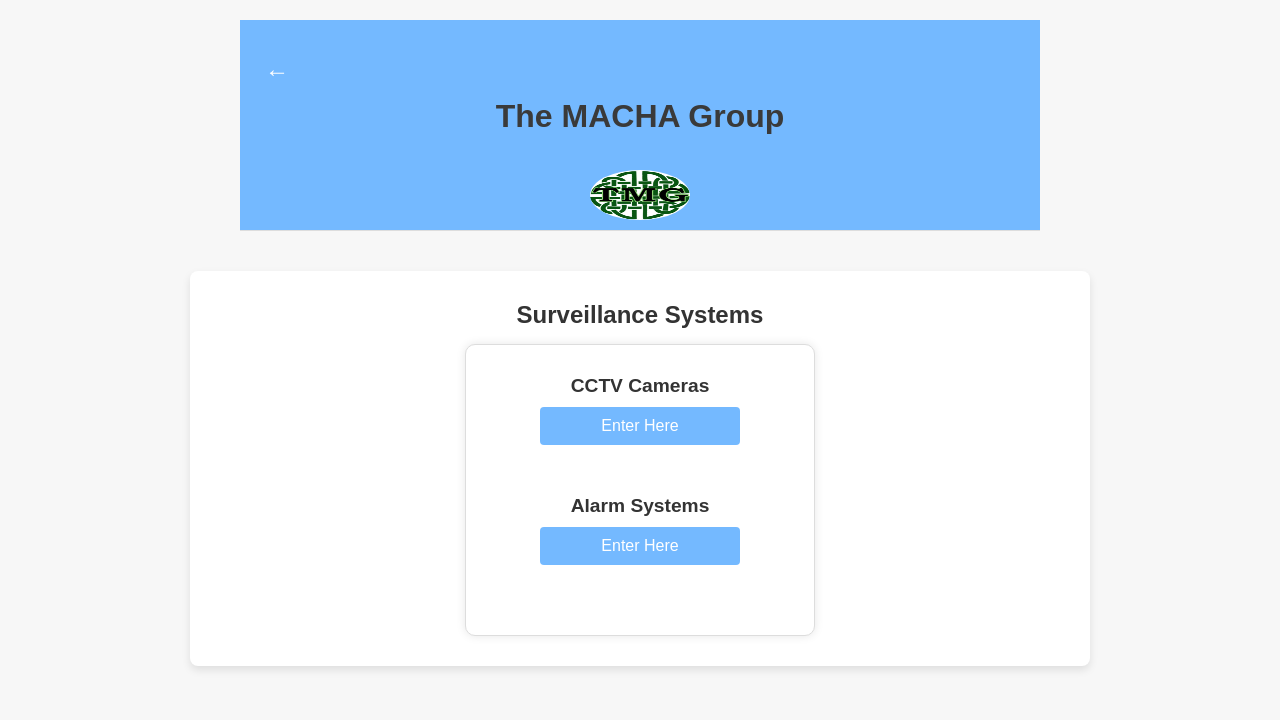
Repository: MachaGroup/MachaGroupIntegration
Page: /Surveillance
An editor plug-in stored every save of this project. The page is shown before and after the next save, followed by the edit.
The browser window is 1280 px wide. The pictures show the whole page.
The project was rebuilt for these pictures with package versions that can differ from the ones it lists, and the page was loaded fresh each time. Also part of the build but not shown: src/Screens/Login.js, src/Screens/FormInputPage.js, src/Screens/MainScreen.js, src/Screens/AboutUs.js, src/Screens/FAQ.js, src/firebaseConfig.js, src/Screens/ContactUs.js, src/Screens/Settings.js and 301 more.

Above is the page before, as saved 2024-12-02 16:39:06.

### public/index.html
<!DOCTYPE html>
<html lang="en">
  <head>
    <meta charset="utf-8" />
    <link rel="icon" href="%PUBLIC_URL%/MachaLogo.png" />
    <meta name="viewport" content="width=device-width, initial-scale=1" />
    <meta name="theme-color" content="#000000" />
    <meta
      name="description"
      content="Web site created using create-react-app"
    />
    <link rel="apple-touch-icon" href="%PUBLIC_URL%/logo192.png" />
    <!--
      manifest.json provides metadata used when your web app is installed on a
      user's mobile device or desktop. See https://developers.google.com/web/fundamentals/web-app-manifest/
    -->
    <link rel="manifest" href="%PUBLIC_URL%/manifest.json" />
    <!--
      Notice the use of %PUBLIC_URL% in the tags above.
      It will be replaced with the URL of the `public` folder during the build.
      Only files inside the `public` folder can be referenced from the HTML.

      Unlike "/favicon.ico" or "favicon.ico", "%PUBLIC_URL%/favicon.ico" will
      work correctly both with client-side routing and a non-root public URL.
      Learn how to configure a non-root public URL by running `npm run build`.
    -->
    <title>Macha Group Web App</title>
  </head>
  <body>
    <noscript>You need to enable JavaScript to run this app.</noscript>
    <div id="root"></div>
    <!--
      This HTML file is a template.
      If you open it directly in the browser, you will see an empty page.

      You can add webfonts, meta tags, or analytics to this file.
      The build step will place the bundled scripts into the <body> tag.

      To begin the development, run `npm start` or `yarn start`.
      To create a production bundle, use `npm run build` or `yarn build`.
    -->
  </body>
</html>

### src/Screens/Login.css
/* Main container styling */
h1 {
  padding-bottom: 15px;
}

.logo{
  width: 300px;  /* Adjust size as needed */
  margin-bottom: 15px;  /* Spacing below the logo */
}
.login-container {
  display: flex;
  flex-direction: column;
  align-items: center;
  justify-content: center;
  height: 100vh;
  background-color: #f7f7f7;
  padding: 20px;
}
.password-container {
  position: relative;
  display: flex;
  align-items: center;
}

.password-container input {
  width: 100%;
  padding-right: 30px; /* Space for the eye icon */
}

.password-toggle {
  position: absolute;
  right: 10px;
  cursor: pointer;
  font-size: 1.2em;
  display: flex;
  align-items: center; /* Ensures icon centers vertically */
  height: 100%; /* Matches the height of the input for better alignment */
}


/* Form container */
form {
  display: flex;
  flex-direction: column;
  width: 350px; /* Increased width */
  background-color: #fff;
  padding: 30px; /* Increased padding */
  border: 1px solid #ddd;
  border-radius: 10px;
  box-shadow: 0 0 10px rgba(0, 0, 0, 0.1);
}

/* Form group */
.form-group {
  margin-bottom: 15px;
}

.form-group label {
  display: block;
  margin-bottom: 5px;
  color: #333;
}

.form-group input {
  width: 100%;
  padding: 10px;
  border: 1px solid #ccc;
  border-radius: 5px;
}

/* Button styling */
button {
  width: 100%;
  padding: 10px;
  background-color: #74b9ff;
  color: white;
  border: none;
  border-radius: 5px;
  cursor: pointer;
  font-size: 1em;
  margin-bottom: 10px; /* Spacing between buttons */
}

button:hover {
  background-color: #1b578c;
}

/* "or" text styling */
.or-text {
  text-align: center;
  color: #555;
  margin: 10px 0; /* Spacing between buttons */
  font-weight: bold;
}

/* Link and paragraph styling */
p {
  margin-top: 15px;
  color: #555;
  text-align: center;
}

a {
  color: #74b9ff;
  text-decoration: none;
}

a:hover {
  text-decoration: underline;
}

### src/Screens/FormInputPage.css
/* General Layout */
.form-page {
  display: flex;
  flex-direction: column;
  align-items: center;
  justify-content: flex-start;
  background-color: #f0f0f0;
  min-height: 100vh;
  padding: 20px;
  box-sizing: border-box;
}

/* Header Styling */
.header {
  display: flex;
  flex-direction: column;
  align-items: center;
  margin-bottom: 10px;
}

h1 {
  font-size: 2em;
  color: #333;
}

.logo {
  width: 50px;
  height: 50px;
  margin-top: 10px;
}

/* Back Button Styling */
.back-button-container {
  align-self: flex-start;
  margin-bottom: 20px;
}

.back-button {
  background: none;
  border: none;
  font-size: 2em;
  cursor: pointer;
  color: #333;
}

/* Form Container Styling */
.form-container {
  background-color: white;
  padding: 30px;
  border-radius: 8px;
  box-shadow: 0 4px 8px rgba(0, 0, 0, 0.1);
  width: 70%; /* Expanded to fit more screen width */
  max-width: 900px; /* Cap the width on large screens */
  box-sizing: border-box;
}

/* Form Sections */
.form-section {
  display: flex;
  flex-direction: column; /* Stack label above button */
  align-items: center; /* Center both the label and button */
  margin-bottom: 15px;
  width: 100%; /* Make sure the button takes the full container width */
}

.form-section label {
  font-size: 1em;
  color: #333;
  margin-bottom: 10px; /* Add space between the label and button */
  text-align: center; /* Center the label */
  width: 100%; /* Make the label take the full width */
}

/* Form Button Styling - Same as Save/Submit Buttons */
.form-button {
  width: 100%; /* Full width to match Save/Submit buttons */
  padding: 15px;
  background-color: #74b9ff; /* Matches Save/Submit buttons */
  color: white;
  border: none;
  border-radius: 4px;
  cursor: pointer;
  font-size: 1em;
  transition: background-color 0.3s ease;
}

.form-button:hover {
  background-color: #0984e3; /* Hover color */
}

/* Save Button Styling */
.save-button {
  width: 100%;
  padding: 15px;
  background-color: #74b9ff;
  color: white;
  border: none;
  border-radius: 4px;
  cursor: pointer;
  font-size: 1em;
  margin-top: 15px;
}

.save-button:hover {
  background-color: #0984e3;
}

/* Submit Button Styling */
.submit-button {
  width: 100%;
  padding: 15px;
  background-color: #74b9ff;
  color: white;
  border: none;
  border-radius: 4px;
  cursor: pointer;
  font-size: 1em;
  margin-top: 15px;
}

.submit-button:hover {
  background-color: #0984e3;
}

### src/Screens/MainScreen.css
/* Main container styling */
.main-container {
  display: flex;
  flex-direction: column;
  align-items: center;
  justify-content: flex-start; /* Adjusted to align content at the top */
  min-height: 100vh; /* Ensure full viewport height */
  background-color: #f7f7f7;
  padding: 0;
  width: 100vw; /* Full viewport width */
  box-sizing: border-box;
}

/* Header Styling */
.header {
  display: flex;
  justify-content: space-between; /* Align title to the left, logo to the right */
  align-items: center;
  width: 100%;
  padding: 20px;
  background-color: #b0d3e6; /* Light blue header background */
  box-sizing: border-box;
}

.header h1 {
  margin: 0;
  font-size: 2em;
  color: #3a3a3a;
}

/* Welcome message styling */
.welcome-message {
  margin: 20px 0;
  font-size: 1.5em;
  color: #555;
  text-align: center; /* Center the text */
}

/* Buttons styling */
.buttons-container {
  display: flex;
  flex-direction: column;
  gap: 15px;
}

.buttons-container button {
  width: 300px;
  padding: 15px;
  font-size: 1.2em;
  background-color: white;
  border: 2px solid #dcdcdc;
  border-radius: 10px;
  cursor: pointer;
  color: #3a3a3a;
  transition: background-color 0.3s, color 0.3s;
}

.buttons-container button:hover {
  background-color: #b0d3e6;
  color: #3a3a3a;
}

/* Footer styling */
footer {
  margin-top: 20px;
}

footer a {
  color: #777;
  text-decoration: none;
}
/* Main container styling */
.main-container {
  display: flex;
  flex-direction: column;
  align-items: center;
  justify-content: flex-start; /* Align content at the top */
  min-height: 100vh; /* Full viewport height */
  background-color: #f7f7f7;
  padding: 0;
  width: 100vw; /* Full viewport width */
  box-sizing: border-box;
}

/* Welcome message styling */
.welcome-message {
  margin: 20px 0;
  font-size: 1.5em;
  color: #555;
  text-align: center; /* Center the text */
}

/* Buttons styling */
.buttons-container {
  display: flex;
  flex-direction: column;
  gap: 15px; /* Space between buttons */
}

.buttons-container button {
  width: 300px;
  padding: 15px;
  font-size: 1.2em;
  background-color: white;
  border: 2px solid #dcdcdc;
  border-radius: 10px;
  cursor: pointer;
  color: #3a3a3a;
  transition: background-color 0.3s, color 0.3s;
}

.buttons-container button:hover {
  background-color: #b0d3e6;
  color: #3a3a3a;
}

/* Footer styling */
footer {
  margin-top: 20px;
}

footer a {
  color: #777;
  text-decoration: none;
}

### src/Screens/AboutUs.css
/* General Page Styling */
.about-page {
    background-color: white; /* Set the background color to white */
    min-height: 100vh;
    padding: 20px;
    box-sizing: border-box;
  }

  /* Header Styling */
  .header {
    display: flex;
    justify-content: space-between; /* Align title to the left, logo to the right */
    align-items: center;
    width: 100%;
    padding: 20px;
    background-color: #b0d3e6;
    border-bottom: 1px solid #ddd;
  }

  .title {
    font-size: 2em;
    color: #333;
    margin: 0;
  }

  .logo {
    width: 100px;
    height: 100px;
    border-radius: 50%;
  }


  /* About Container Styling */
  .about-container {
    background-color: white;
    padding: 20px;
    border-radius: 10px;
    box-shadow: 0px 4px 10px rgba(0, 0, 0, 0.1);
    width: 100%;
    max-width: 800px;
    margin: 20px auto; /* Center the about section */
  }

  .back-button {
    margin-top: 20px; /* Add space between header and back button */
    background: none;
    border: none;
    font-size: 2em;
    cursor: pointer;
    color: #333;
    padding: 5px 10px;
    text-align: left; /* Align button to the left */
    padding-left: 20px; /* Add padding to the left */
  }

  h2 {
    text-align: center;
    margin-bottom: 20px;
    color: #333;
  }

  .about-content h3 {
    margin-top: 15px;
    color: #333;
  }

  ul {
    list-style-type: none;
    padding-left: 0;
  }

  ul li {
    margin: 5px 0;
  }

  p {
    margin: 10px 0;
    color: #333;
    line-height: 1.6;
  }

  strong {
    font-weight: bold;
  }

### src/Screens/Settings.css
/* General Page Styling */
.settings-page {
    background-color: white;
    min-height: 100vh;
    display: flex;
    flex-direction: column;
    align-items: center;
    padding: 20px;
    box-sizing: border-box;
  }

  /* Header Styling */
  .header {
    display: flex;
    justify-content: space-between;
    align-items: center;
    width: 100%;
    padding: 10px;
    background-color: #b0d3e6;
    box-sizing: border-box;
  }

  .back-button {
    background: none;
    border: none;
    font-size: 1.5em;
    cursor: pointer;
    color: #333;
  }

  .title {
    font-size: 1.8em;
    color: #333;
    margin: 0;
  }

  /* Settings Container */
  .settings-container {
    width: 100%;
    max-width: 600px; /* Adjust to control the container width */
    display: flex;
    flex-direction: column;
    align-items: center;
    justify-content: flex-start; /* Align items to the top */
    margin-top: 20px;
  }

  /* Profile Picture Container */
  .profile-pic-container {
    display: flex;
    flex-direction: column;
    align-items: center;
    margin-bottom: 20px;
  }

  /* Profile Picture */
  .profile-pic {
    width: 100px;
    height: 100px;
    border-radius: 50%;
    border: 2px solid #ccc;
    object-fit: cover;
  }

  /* File Input Below the Image */
  .file-input {
    margin-top: 10px;
  }

  /* Settings Buttons */
  .settings-options {
    width: 100%; /* Full width */
    display: flex;
    flex-direction: column;
    gap: 15px; /* Add space between buttons */
  }

  .settings-button {
    padding: 10px;
    background-color: #74b9ff;
    border: 1px solid #ccc;
    border-radius: 5px;
    cursor: pointer;
    font-size: 1.2em;
    transition: background-color 0.3s;
  }

  .settings-button:hover {
    background-color: #1b578c;
  }

  /* Log out Link */
  .logout-link {
    margin-top: 30px;
    color: #007bff;
    text-decoration: none;
    font-size: 1.2em;
  }

  .logout-link:hover {
    text-decoration: underline;
  }

### src/Screens/Pricing.css
/* General Reset */
* {
    margin: 0;
    padding: 0;
    box-sizing: border-box;
  }

  /* Container */
  .pricing-container {
    width: 100%;
    text-align: center;
    padding: 20px;
  }

  /* Header */
  .header {
    display: flex;
    justify-content: space-between;
    align-items: center;
    padding: 15px;
    background-color: #b0d3e6;
  }

  .title {
    font-size: 2em;
    color: #333;
  }

  .logo {
    width: 100px;
    height: 100px;
  }

  .back-button {
    background: none;
    border: none;
    font-size: 1.8em;
    cursor: pointer;
    color: #333;
  }

  /* Pricing Plans */
  .pricing-plans {
    display: flex;
    justify-content: space-between;
    margin: 20px 0;
    flex-wrap: wrap;
  }

  .pricing-card {
    background-color: #f0f4f8;
    padding: 20px;
    width: 30%;
    border-radius: 10px;
    box-shadow: 0px 4px 8px rgba(0, 0, 0, 0.1);
    text-align: center;
  }

  .pricing-card h2 {
    font-size: 1.5em;
    margin-bottom: 10px;
  }

  .pricing-card h3 {
    font-size: 2em;
    margin-bottom: 10px;
  }

  .pricing-card ul {
    list-style: none;
    margin-bottom: 10px;
  }

  .pricing-card ul li {
    font-size: 1em;
    margin-bottom: 5px;
  }

  .get-started {
    background-color: #4CAF50;
    color: white;
    padding: 10px 15px;
    border: none;
    border-radius: 5px;
    cursor: pointer;
    transition: background-color 0.3s;
  }

  .get-started:hover {
    background-color: #45a049;
  }

  /* Comparison Table */
  .comparison-table {
    margin: 20px 0;
    overflow-x: auto; /* Add horizontal scrolling on small screens */
  }

  table {
    width: 100%;
    border-collapse: collapse;
    table-layout: fixed; /* Ensure table columns have equal width */
  }

  th, td {
    padding: 15px;
    border: 1px solid #ddd;
    text-align: center;
    white-space: nowrap; /* Prevent text from wrapping in table cells */
  }

  th {
    background-color: #f0f4f8;
    font-weight: bold;
  }

  td {
    background-color: #ffffff;
  }

  table th, table td {
    min-width: 120px; /* Set a minimum width for each column */
  }

  @media (max-width: 768px) {
    .pricing-plans {
      flex-direction: column; /* Stack plans vertically on small screens */
    }

    .pricing-card {
      width: 100%; /* Make pricing cards take full width on mobile */
      margin-bottom: 20px;
    }
  }

### src/Screens/PhysicalSecurity.css
/* General Page Styling */
.form-page {
    background-color: white;
    min-height: 100vh;
    display: flex;
    flex-direction: column;
    align-items: center;
    padding: 20px;
    box-sizing: border-box;
  }

  /* Header Styling */
  .header {
    display: flex;
    justify-content: space-between;
    align-items: center;
    width: 100%;
    padding: 10px;
    background-color: #b0d3e6;
    box-sizing: border-box;
  }

  .back-button {
    background: none;
    border: none;
    font-size: 1.5em;
    cursor: pointer;
    color: #333;
  }

  .title {
    font-size: 1.8em;
    color: #333;
    margin: 0;
  }

  /* Form Container Styling */
  .form-container {
    width: 100%;
    max-width: 600px;
    display: flex;
    flex-direction: column;
    align-items: center;
    margin-top: 20px;
  }

  /* Form Section Styling */
  .form-section {
    width: 100%;
    margin-bottom: 20px;
    display: flex;
    flex-direction: column;
    align-items: center;
  }

  .form-section label {
    font-size: 1.2em;
    margin-bottom: 10px;
    color: #333;
  }

  /* Button Styling */
  .form-button {
    width: 200px;
    padding: 10px;
    background-color: #4CAF50; /* Green background */
    color: white; /* White text */
    border: none;
    border-radius: 5px;
    cursor: pointer;
    font-size: 1em;
    transition: background-color 0.3s, transform 0.2s;
  }

  .form-button:hover {
    background-color: #45a049; /* Darker green on hover */
    transform: scale(1.05); /* Slightly enlarge on hover */
  }

### src/Screens/AccessControl.css
/* General Page Styling */
.form-page {
    background-color: white;
    min-height: 100vh;
    display: flex;
    flex-direction: column;
    align-items: center;
    padding: 20px;
    box-sizing: border-box;
  }

  /* Header Styling */
  .header {
    display: flex;
    justify-content: space-between;
    align-items: center;
    width: 100%;
    padding: 10px;
    background-color: #b0d3e6;
    box-sizing: border-box;
  }

  .back-button {
    background: none;
    border: none;
    font-size: 1.5em;
    cursor: pointer;
    color: #333;
  }

  .title {
    font-size: 1.8em;
    color: #333;
    margin: 0;
  }

  /* Form Container Styling */
  .form-container {
    width: 100%;
    max-width: 600px;
    display: flex;
    flex-direction: column;
    align-items: center;
    margin-top: 20px;
  }

  /* Form Section Styling */
  .form-section {
    width: 100%;
    margin-bottom: 20px;
    display: flex;
    flex-direction: column;
    align-items: center;
  }

  .form-section label {
    font-size: 1.2em;
    margin-bottom: 10px;
    color: #333;
  }

  /* Button Styling */
  .form-button {
    width: 200px;
    padding: 10px;
    background-color: #4CAF50; /* Green background */
    color: white; /* White text */
    border: none;
    border-radius: 5px;
    cursor: pointer;
    font-size: 1em;
    transition: background-color 0.3s, transform 0.2s;
  }

  .form-button:hover {
    background-color: #45a049; /* Darker green on hover */
    transform: scale(1.05); /* Slightly enlarge on hover */
  }

### src/Screens/CreateanAccount.css
/* Main container for the form */
.create-account-container {
  display: flex;
  flex-direction: column;
  align-items: center;
  padding: 20px;
  font-family: Arial, sans-serif;
}

/* Back button styling */
.back-button {
  align-self: flex-start;
  font-size: 24px;
  background: none;
  border: none;
  cursor: pointer;
  color: #333;
  margin-bottom: 10px;
}

/* Title styling */
.create-account-title {
  font-size: 32px;
  font-weight: bold;
  color: #4A79E8;
  margin-bottom: 20px;
}

/* Form styling */
.account-form {
  width: 100%;
  max-width: 500px;
  display: flex;
  flex-direction: column;
  align-items: center;
  border: 1px solid #ddd;
  padding: 20px;
  border-radius: 8px;
  background-color: #f9f9f9;
  box-shadow: 0px 4px 8px rgba(0, 0, 0, 0.1);
}

/* Grouping each input field with label */
.form-group {
  width: 100%;
  margin-bottom: 20px;
}

label {
  font-weight: bold;
  margin-bottom: 5px;
  display: block;
  color: #333;
}

input {
  width: 100%;
  padding: 10px;
  font-size: 16px;
  border: 1px solid #ddd;
  border-radius: 5px;
  box-sizing: border-box;
}

/* Styling for the address section */
.address-section {
  width: 100%;
  margin-top: 20px;
}

.address-section h3 {
  font-weight: bold;
  margin-bottom: 10px;
  color: #4A79E8;
}

/* Grid styling for the address input fields */
.address-inputs {
  display: grid;
  grid-template-columns: 1fr 1fr;
  gap: 15px;
  width: 100%;
}

/* Full-width button styling */
.create-account-button {
  width: 100%;
  padding: 10px;
  margin-top: 20px;
  background-color: #4A79E8;
  color: white;
  font-weight: bold;
  font-size: 18px;
  border: none;
  border-radius: 5px;
  cursor: pointer;
  transition: background-color 0.3s ease;
}

.create-account-button:hover {
  background-color: #3a5bb5;
}

/* Link styling */
.skip-link, .cancel-link {
  color: #4A79E8;
  text-decoration: none;
  margin-top: 10px;
  font-size: 14px;
  cursor: pointer;
}

.skip-link:hover, .cancel-link:hover {
  text-decoration: underline;
}

### src/Screens/ForgotPassword.css
/* General Layout */
.form-page {
    display: flex;
    flex-direction: column;
    align-items: center;
    justify-content: flex-start;
    background-color: #f7f7f7;
    min-height: 100vh;
    padding: 20px;
    box-sizing: border-box;
    font-family: Arial, sans-serif;
}

/* Header Styling */
.header {
    display: flex;
    align-items: center;
    justify-content: space-between; /* Space between back button and menu button */
    width: 100%;
    background-color: #74b9ff; /* Blue background color */
    color: white;
    padding: 10px 20px; /* Padding for spacing */
    box-sizing: border-box;
    position: relative; /* Ensure positioning for menu button */
}

h1 {
    font-size: 1.8em;
    color: white;
    margin: 0; /* Remove default margin */
    text-align: center;
    flex-grow: 1; /* Allow title to take space between buttons */
    position: relative;
}

/* Place logo below the title */
.logo {
    width: 100px;
    height: 50px;
    margin: 20px auto 0; /* Center and add spacing */
    display: block;
}

/* Navbar Styling */
.navbar {
    display: flex;
    align-items: center;
    position: absolute;
    top: 50%; /* Center vertically */
    right: 20px; /* Position in the top-right corner */
    transform: translateY(-50%); /* Center vertically */
}

.menu-button {
    display: flex;
    flex-direction: column;
    justify-content: space-between;
    width: 30px;
    height: 30px; /* Make the button a square */
    background: none;
    border: 1px solid white; /* Add a white border for the square appearance */
    border-radius: 4px; /* Optional for slightly rounded corners */
    cursor: pointer;
    outline: none;
    align-items: center; /* Center the lines horizontally */
    padding: 5px;
    box-sizing: border-box;
}

.menu-button div {
    width: 20px; /* Adjust the width of the lines */
    height: 3px; /* Adjust the thickness of the lines */
    background-color: white; /* White lines for contrast */
    border-radius: 2px;
    transition: transform 0.3s;
}

.menu {
    display: none;
    position: absolute;
    top: 40px; /* Below the button */
    right: 0;
    background-color: #fff;
    border: 1px solid #ddd;
    border-radius: 5px;
    box-shadow: 0 2px 5px rgba(0, 0, 0, 0.15);
    width: 200px;
    z-index: 1000;
}

.menu.open {
    display: block;
}

.menu ul {
    list-style: none;
    padding: 0;
    margin: 0;
}

.menu li {
    padding: 10px 15px;
    border-bottom: 1px solid #ddd;
    cursor: pointer;
}

.menu li:last-child {
    border-bottom: none;
}

.menu li a {
    color: black; /* Black font for dropdown items */
    text-decoration: none;
    display: block;
}

.menu li a:hover {
    background-color: #f4f4f4;
}

/* Back Button Styling */
.back-button-container {
    display: inline-flex; /* Ensures container does not take the full width */
    align-items: center;
    justify-content: center; /* Centers the back button inside */
    width: 5px; /* Prevent the container from taking the full width */
}

.back-button {
    background: none;
    border: none;
    font-size: 1.5em;
    cursor: pointer;
    color: white;
    padding: 5px; /* Ensure only 5px padding around the button */
    border-radius: 5px; /* Optional for rounded edges */
    transition: background-color 0.3s ease; /* Smooth transition for hover */
}

.back-button:hover {
    background-color: rgba(0, 0, 0, 0.1); /* Darkens only the button's area */
    color: #dfe6e9;
}


/* Responsiveness */
@media (max-width: 768px) {
    .header {
        flex-wrap: wrap;
    }

    h1 {
        font-size: 1.2em;
    }

    .logo {
        width: 40px; /* Adjust logo size for smaller screens */
    }
}

Loaded but not shown: src/index.js (common file); src/index.css (common file); src/reportWebVitals.js (common file); src/App.css (common file); src/App.js (746 lines, source omitted); src/Context/BuildingContext.js (76 lines, source omitted); src/Screens/SurveillanceSystems.js (51 lines, source omitted); src/Screens/FormQuestions.css (159 lines, source omitted); src/Screens/SurveillanceSystems.css (181 lines, source omitted); src/Screens/ContactUs.css (136 lines, source omitted); src/Screens/FAQ.css (125 lines, source omitted)

After the next save:
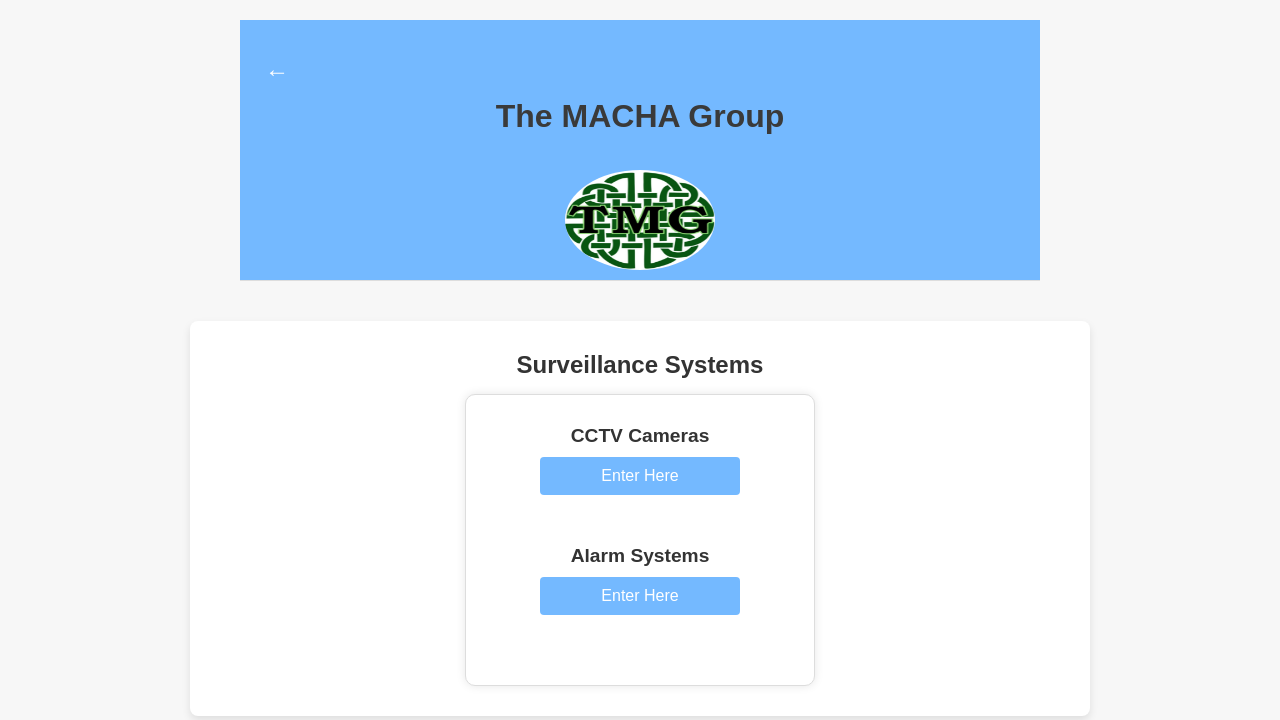
Saved 14 s later.
--- a/src/Screens/ForgotPassword.css
+++ b/src/Screens/ForgotPassword.css
@@ -35,8 +35,8 @@
 
 /* Place logo below the title */
 .logo {
-    width: 100px;
-    height: 50px;
+    width: 150px;
+    height: 100px;
     margin: 20px auto 0; /* Center and add spacing */
     display: block;
 }
